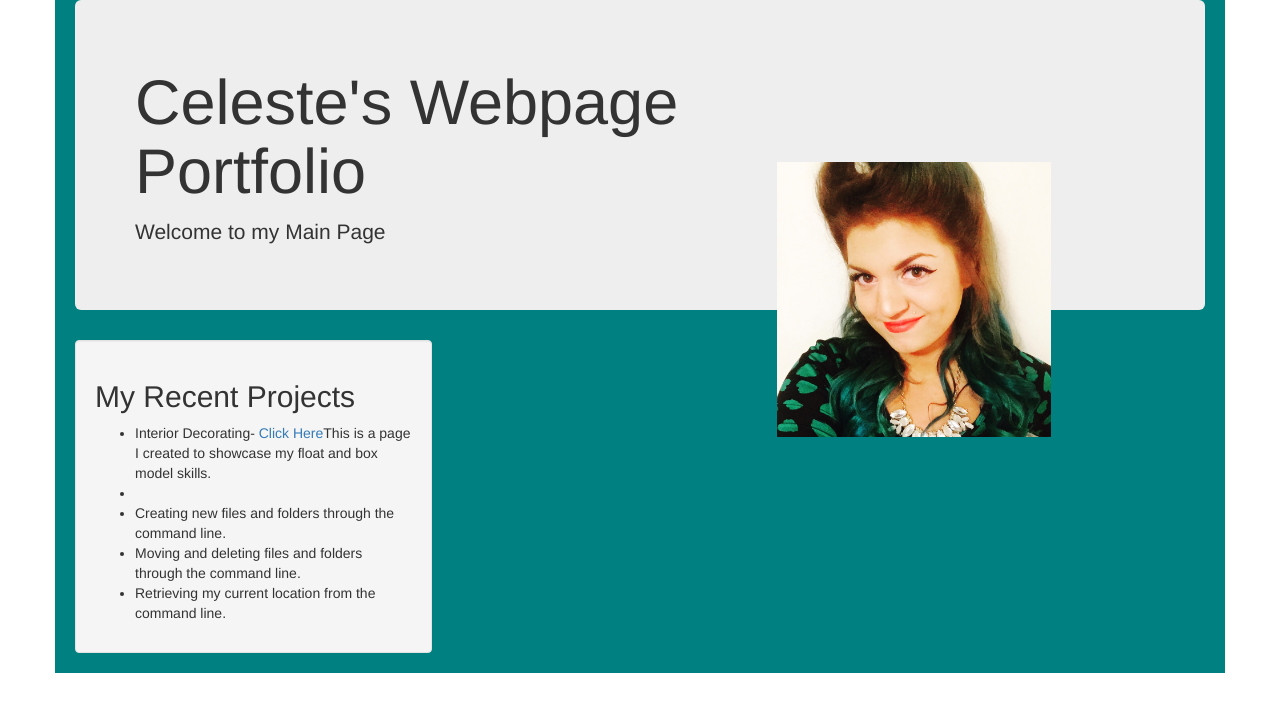
Repository: fieldceleste/portfolio-celeste
Page: portfolio-celeste.html
These files come from the project's save history. The page is drawn as it stood at one moment and after the next save; the edit follows.
The browser window is 1280 px wide. The pictures show the whole page.

Above is the page before, as saved 2019-11-01 14:38:06.

### portfolio-celeste.html
<!DOCTYPE html>
<html>
  <head>
    <title>Celeste Field's Portfolio</title>
  <link href="css/bootstrap.css" rel="stylesheet" type="text/css">
  <link href="css/styles.css" rel="stylesheet" type="text/css">

 <body>
    <div class="container">
      <div class="jumbotron">
        <h1><img src="img/celeste.jpeg" class="img" alt="photo of celeste field"> Celeste's Webpage Portfolio </h1>
        <p>Welcome to my Main Page</p>
    </div>
    <div class="row">
      <div class="col-md-4">
        <div class="well">
            <div class="">
             </div>
            <h2>My Recent Projects</h2>
              <ul>
                <li>Interior Decorating- <a herf="https://www.youtube.com/">Click Here</a>This is a page I created to showcase my float and box model skills. <li>
                <li>Creating new files and folders through the command line.</li>
                <li>Moving and deleting files and folders through the command line.</li>
                <li>Retrieving my current location from the command line.</li>
              </ul>
            </div>

                  </div>



  </body>
</html>

### css/styles.css
img{
float:right;
width: 45%;
height:45%;
padding: 90px;
margin: 4px;
}

Loaded but not shown: css/bootstrap.css (library)

After the next save:
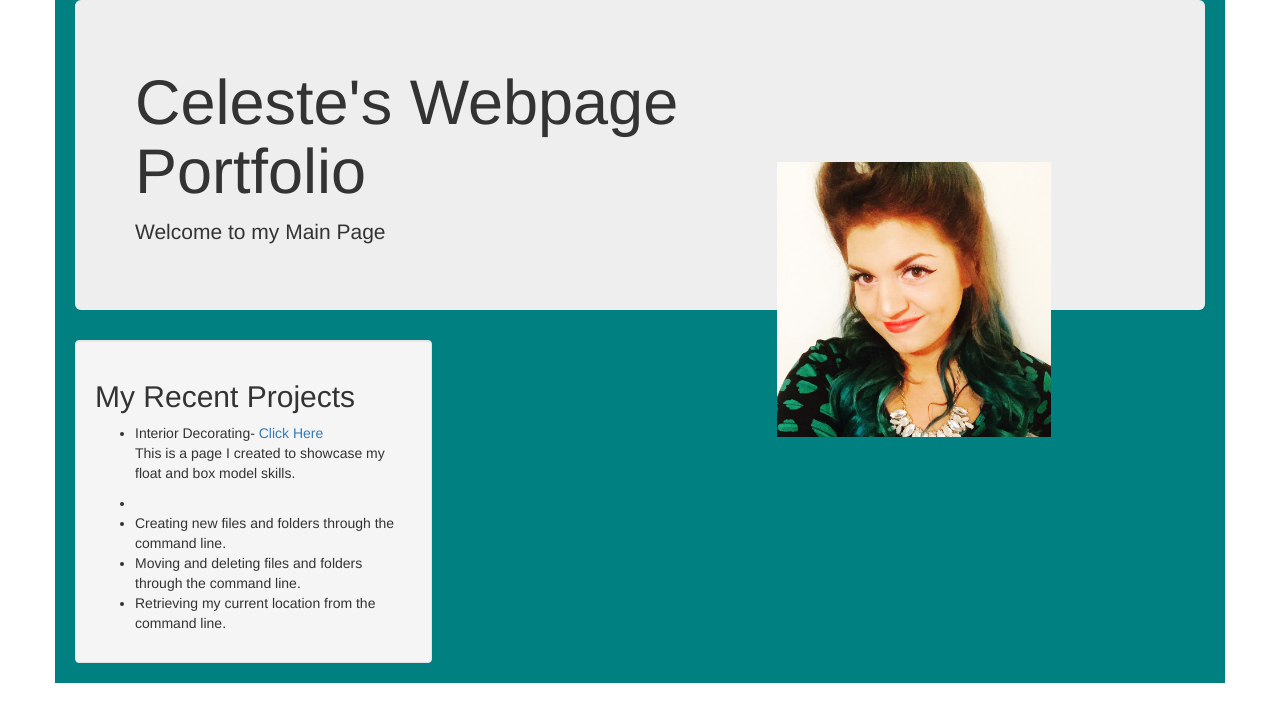
Saved 4 min 23 s later.
--- a/portfolio-celeste.html
+++ b/portfolio-celeste.html
@@ -18,7 +18,9 @@
              </div>
             <h2>My Recent Projects</h2>
               <ul>
-                <li>Interior Decorating- <a herf="https://www.youtube.com/">Click Here</a>This is a page I created to showcase my float and box model skills. <li>
+            <li>Interior Decorating- <a herf="https://www.youtube.com/">Click Here</a>
+                <p>This is a page I created to showcase my float and box model skills.</p>
+                <li>
                 <li>Creating new files and folders through the command line.</li>
                 <li>Moving and deleting files and folders through the command line.</li>
                 <li>Retrieving my current location from the command line.</li>
